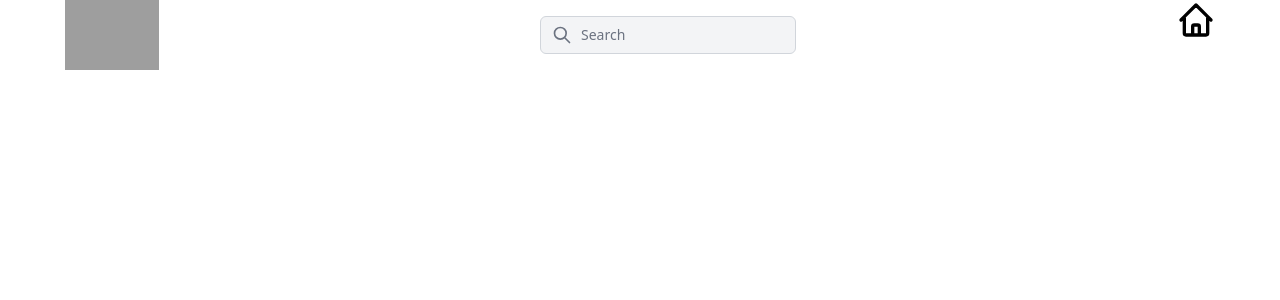
Repository: Qu4ntumGuy/insta-clone
Page: /
These files come from the project's save history. The page is drawn as it stood at one moment and after the next save; the edit follows.
The browser window is 1280 px wide. The pictures show the whole page.
Pictures or frames that could not be fetched are drawn as grey boxes. The project was rebuilt for these pictures with package versions that can differ from the ones it lists, and the page was loaded fresh each time. The framework's server and built-in components were replaced by stand-ins that run in the browser. Also part of the build but not shown: next.config.js.

Above is the page before, as saved 2022-03-16 12:17:07.

After the next save:
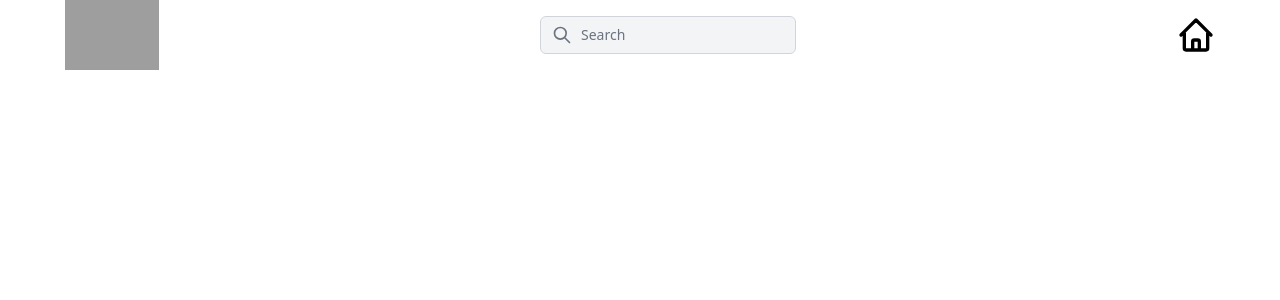
Saved 25 s later.
--- a/components/Header.js
+++ b/components/Header.js
@@ -43,7 +43,7 @@
           </div>
         </div>
 
-        <HomeIcon className=" h-10 w-10" />
+        <HomeIcon className=" w-10" />
       </div>
     </div>
   );
